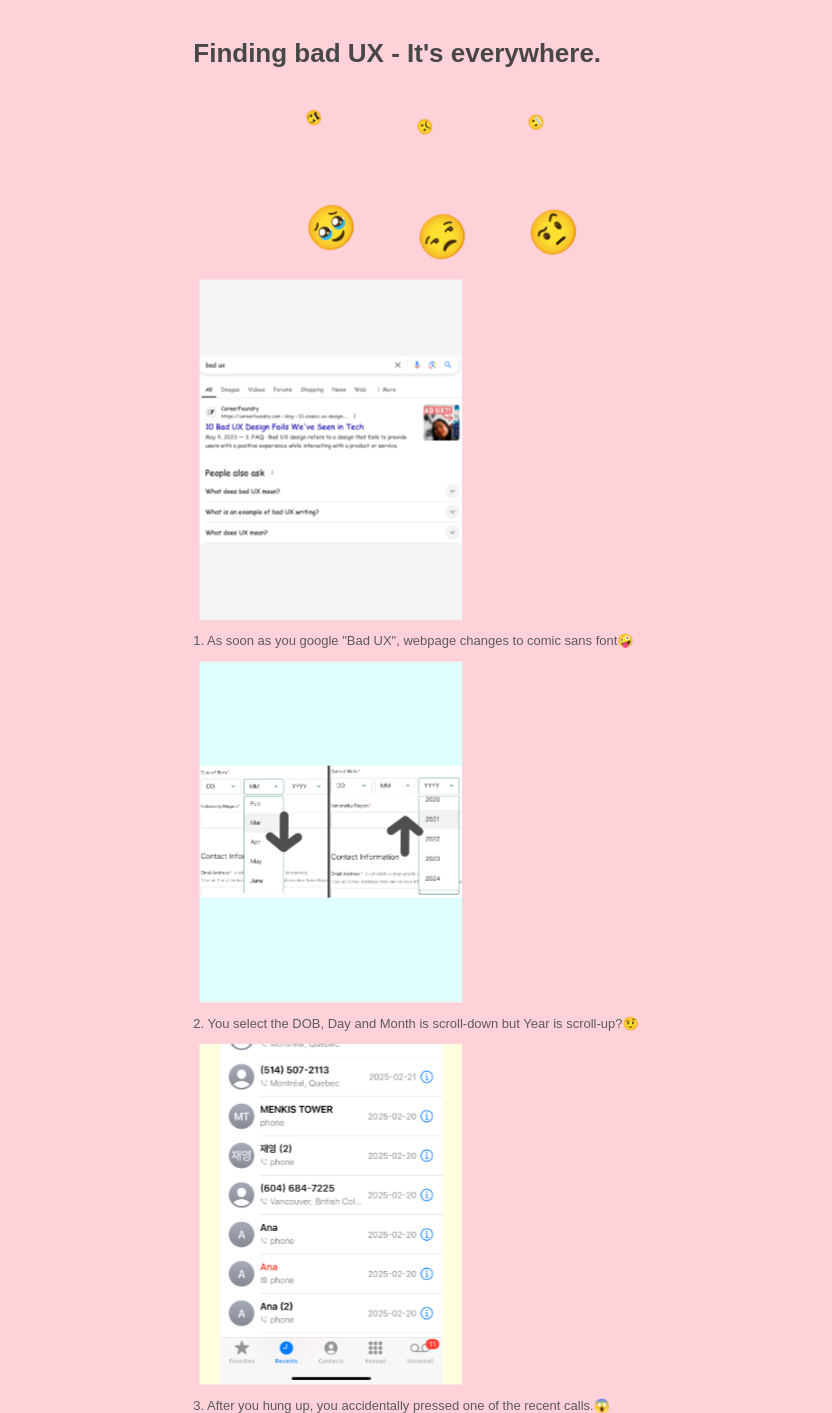
Repository: j1s00jang/MDIA-2109
Page: badUX.html
These files come from the project's save history. The page is drawn as it stood at one moment and after the next save; the edit follows.
The browser window is 1280 px wide. The pictures show the whole page, at 65% of full size.
Some web libraries are served in a nearby version.

Above is the page before, as saved 2025-03-02 13:20:52.

### badUX.html
<!DOCTYPE html>
    <html lang="en">
    <head>
        <title>Jisoo's finding bad ux</title>
        <meta charset="UTF-8">
        <link rel="stylesheet" href="css/badUXstyles.css">
    </head>
    <body>
        <main>
            <h1 class="title">Finding bad UX - It's everywhere.</h1>

        <div class="js">
            <span class="js__spinner spin">😫</span>
            <span class="js__spinner moreSpin">☹️</span>
            <span class="js__spinner mostSpin">😬</span>
        </div>

        <div class="gsap">
            <span class="gsap__spinner spin">🥹</span>
            <span class="gsap__spinner moreSpin">😒</span>
            <span class="gsap__spinner mostSpin">🤨</span>

        </div>
            <div class="first">
                <img src="css/first.png" alt="google ux" class="first_photo">
            </div>
            <p>1. As soon as you google "Bad UX", webpage changes to comic sans font🤪</p>

            <div class="second">
                <img src="css/second.png" alt="confirm button in red" class="second_photo">
            </div>
            <p>2. You select the DOB, Day and Month is scroll-down but Year is scroll-up?🤨</p>

            <div class="third">
                <img src="css/third.jpg" alt="iphone's recents calling list" class="third_photo">
            </div>
            <p>3. After you hung up, you accidentally pressed one of the recent calls.😱</p>

            <script src="https://cdn.jsdelivr.net/npm/gsap@3.12.7/dist/gsap.min.js"></script>
            <script src="script.js"></script>

        </main>
    </body>
</html>

### css/badUXstyles.css
html {
    font-family: "Futura", sans-serif;
    font-size: 1.25em;
    background-color: rgb(255, 210, 217);
    padding: 1.25em;
    color: rgb(91, 91, 91);
}

body {
    display: flex;
    justify-content: center;
    height: 100vh;
}

.title {
    font-size: 2em;
    color: rgb(71, 71, 71);
}


.first,
.second,
.third {
    position: relative;
    width: 30vw;
    height: 70vh;
    overflow: hidden;
}

.first {
    background-color: whitesmoke;
    padding: 10px;
    margin: 10px;
    font-size: 1.5em;
}

.first_photo {
    position: absolute;
    top: 0;
    left: 0;
    width: 100%;
    height: 100%;
    object-fit: contain;
    opacity: 1;
}

.second {
    background-color: lightcyan;
    padding: 10px;
    margin: 10px;
    color: teal;
    font-size: 1.5em;
}

.second_photo {
    position: absolute;
    top: 0;
    left: 0;
    width: 100%;
    height: 100%;
    object-fit: contain;
    opacity: 1;
}

.third {
    background-color: lightyellow;
    padding: 10px;
    margin: 10px;
    color: darkgoldenrod;
    font-size: 1.5em;
}

.third_photo {
    position: absolute;
    top: 0;
    left: 0;
    width: 100%;
    height: 100%;
    object-fit: contain;
    opacity: 1;
}

.gsap {
    position: relative;
    height: 30vh;
    font-size: 65px;
}


.js,
.gsap {
    position: relative;
    height: 20vh;
    font-size: 65px;
}


.js__spinner,
.gsap__spinner {
    position: absolute;
}




.spin { left: 25%; top: 25%; }
.moreSpin { left: 50%; top: 35%; }
.mostSpin { left: 75%; top: 30%; }



@keyframes makeItSpin {
    0% {
        transform: rotate(0);
    }
    50% {
        font-size: 100px;
    }
    100% {
        transform: rotate(360deg);
    }
}

### script.js
const $spin = document.querySelector(".js__spinner.spin");
const $moreSpin = document.querySelector(".js__spinner.moreSpin");
const $mostSpin = document.querySelector(".js__spinner.mostSpin");




const keyframes = [
    { transform: "rotate(0)" },
    {
        transform: "rotate(360deg)",
        fontSize: "0"
     }
];



const options = {
    duration: 3000,
    iterations: Infinity,

}


$spin.animate(keyframes, options);
$moreSpin.animate(keyframes, options);
$mostSpin.animate(keyframes, options);


const gsapOption = {
    rotation: 360,
    repeat: -1,
    duration: 3
}

gsap.to(".gsap__spinner", gsapOption);

After the next save:
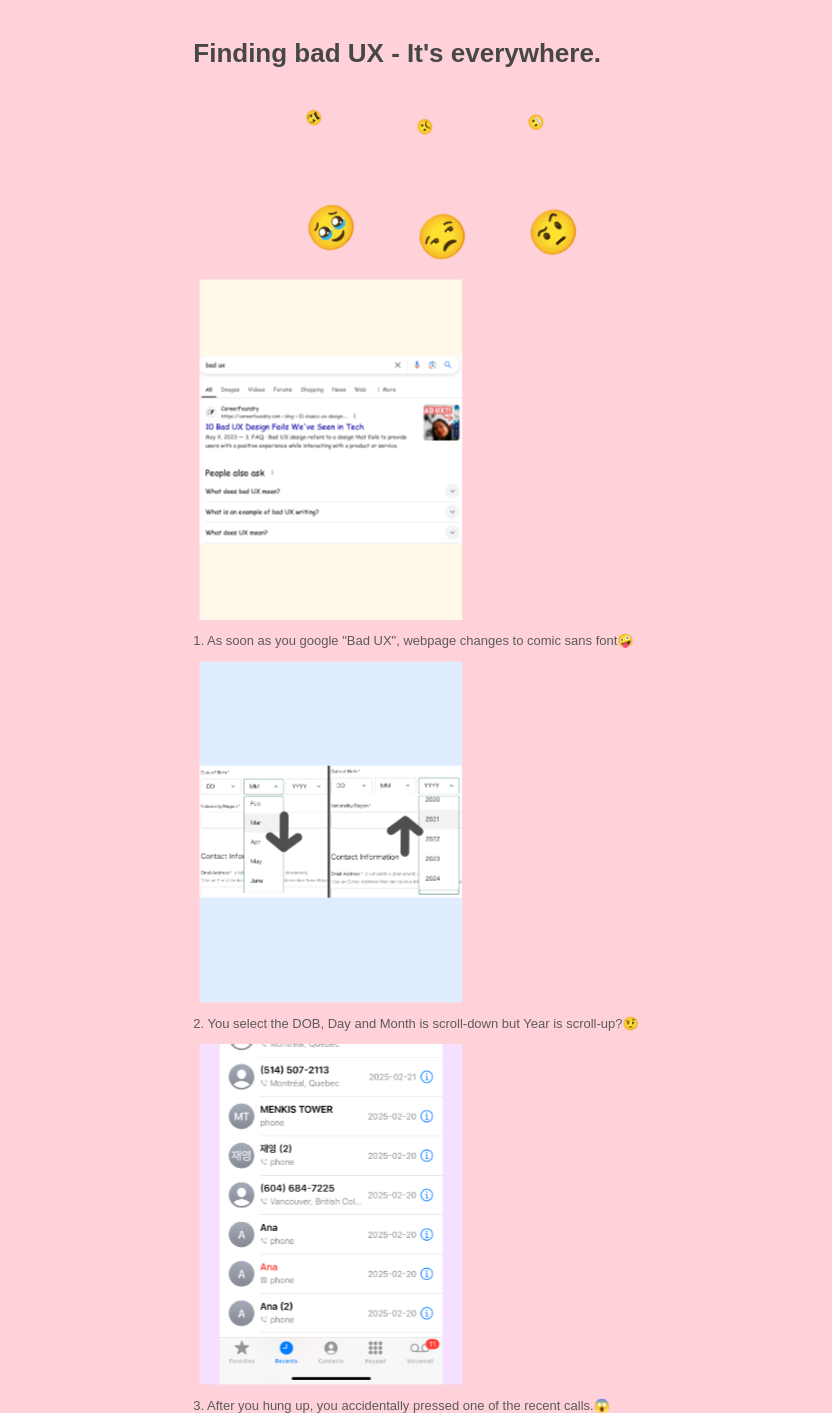
Saved 56 s later.
--- a/css/badUXstyles.css
+++ b/css/badUXstyles.css
@@ -28,7 +28,7 @@ body {
 }
 
 .first {
-    background-color: whitesmoke;
+    background-color: rgb(255, 249, 233);
     padding: 10px;
     margin: 10px;
     font-size: 1.5em;
@@ -45,7 +45,7 @@ body {
 }
 
 .second {
-    background-color: lightcyan;
+    background-color: rgb(224, 237, 255);
     padding: 10px;
     margin: 10px;
     color: teal;
@@ -63,7 +63,7 @@ body {
 }
 
 .third {
-    background-color: lightyellow;
+    background-color: rgb(245, 224, 255);
     padding: 10px;
     margin: 10px;
     color: darkgoldenrod;
